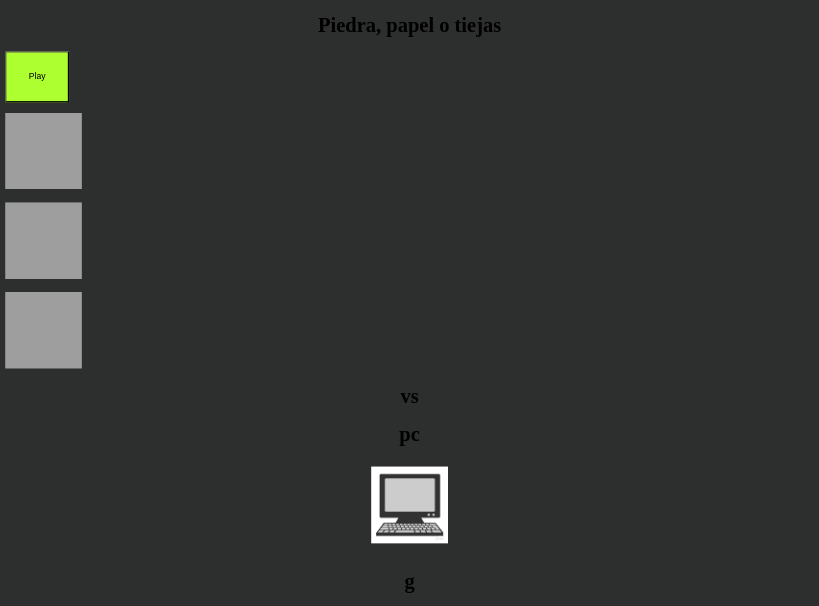
Repository: Kevin8548/FundamentosJS
Page: scissors.html
The author's editor kept a copy of each file at every save. The page is drawn from the files as they stood at one save, then again after the next save.
The browser window is 1280 px wide. The pictures show the whole page, at 64% of full size.
Pictures or frames that could not be fetched are drawn as grey boxes.

Above is the page before, as saved 2024-09-23 05:44:33.
Console error: SyntaxError: Unexpected token ';'

### scissors.html
<!DOCTYPE html>
<html lang="en">
<head>
    <meta charset="UTF-8">
    <meta name="viewport" content="width=device-width, initial-scale=1.0">
    <title>Document</title>
    <link rel="stylesheet" href="style.css">
</head>
<body>
    <div class="content"></div>
    <script src="./concepts/scissors.js"></script>
    <h1>Piedra, papel o tiejas</h1>
    <div class="parent">
        <div class="div1"> <button>Play</button> </div>

        <div class="div2">
            <p><img src="img/descarga.jpeg" alt=""></p>
            <p><img src="img/scissor-icon-transparent-free-png.webp" alt=""></p>
            <p><img src="img/png-clipart-paper-leaf-leaf-white-leaf-thumbnail.png" alt=""></p>
        </div>

        <div class="div3"><h1>vs</h1> </div>

        <div class="div4"> <h1>pc
            <p><img src="img/2775.png" alt=""></p>
        </h1></div>

        <div class="div5"><h1>g</h1> </div>

        </div>
</body>
</html>

### style.css
.parent {
display:flexbox ;
grid-template-columns: repeat(5, 1fr);
grid-template-rows: repeat(5, 1fr);
grid-column-gap: 0px;
grid-row-gap: 0px;
}

.div1 { grid-area: 1 / 3 / 2 / 4; }
.div2 { grid-area: 3 / 2 / 4 / 3; }
.div3 { grid-area: 3 / 3 / 4 / 4; }
.div4 { grid-area: 3 / 4 / 4 / 5; }
.div5 { grid-area: 5 / 3 / 6 / 4; }

h1{
text-align: center;
}

img{
width: 120px;
height: 120px;
}

body{
background-color: rgb(45, 46, 46);
}

button{
    background-color: greenyellow;
    width: 100px;
    height: 80px;
}

### concepts/scissors.js
const btnPLay = ;
const divUser = ;
const divMaq = ;
const message = ;

const play = () => {
    const choiceUser = prompt ('Elige; piedra, papel o tijeras');
    const aleatorio = Math.floor(Math.random() * 3);
    //Todo
    //Si aleatorio = 0 choicemaq= piedra y asi para 1  y 2
    //Comparaciones para determinar ganador
}

After the next save:
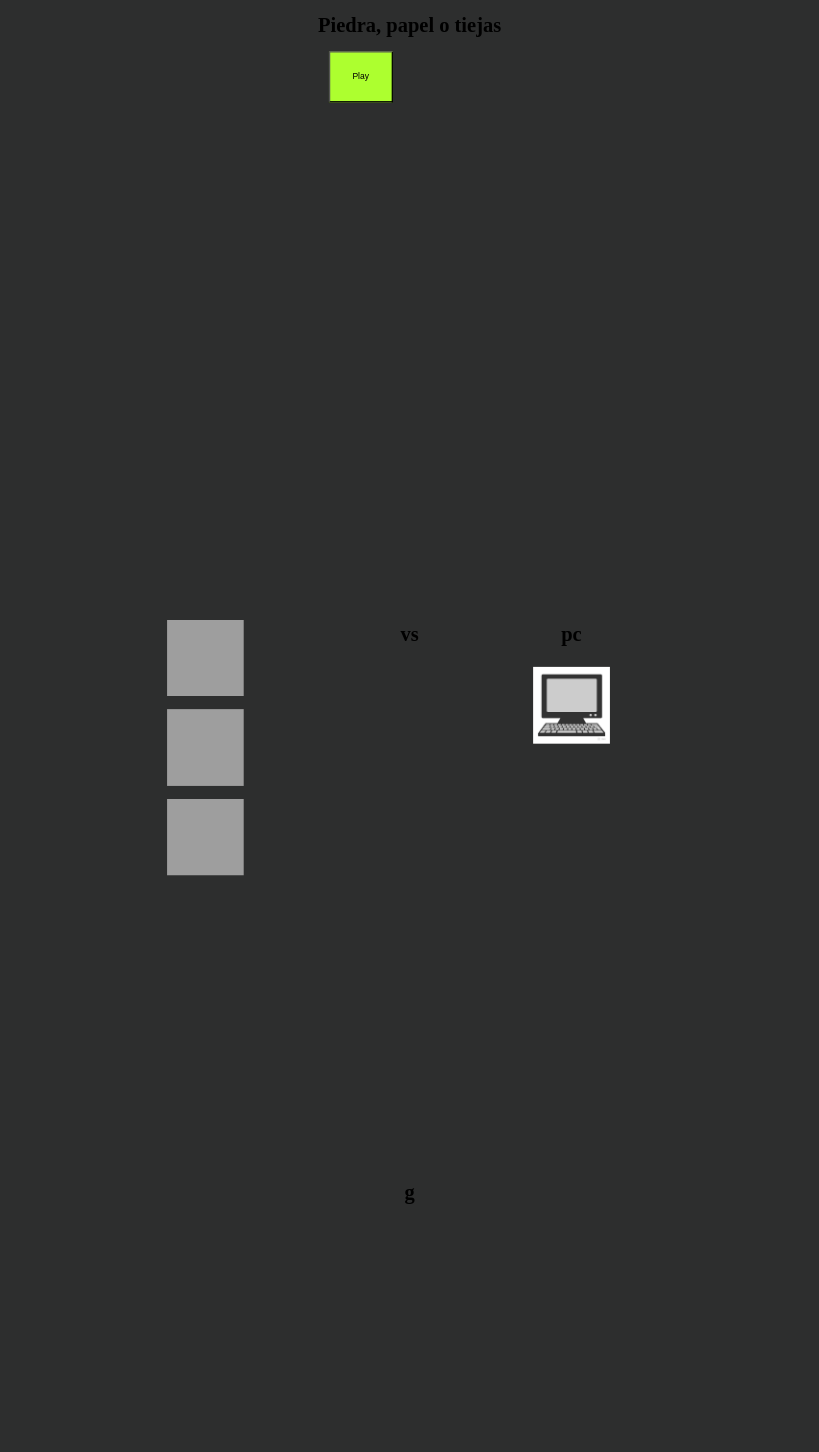
Saved 13 s later.
--- a/style.css
+++ b/style.css
@@ -1,5 +1,5 @@
 .parent {
-display:flexbox ;
+display:grid ;
 grid-template-columns: repeat(5, 1fr);
 grid-template-rows: repeat(5, 1fr);
 grid-column-gap: 0px;
